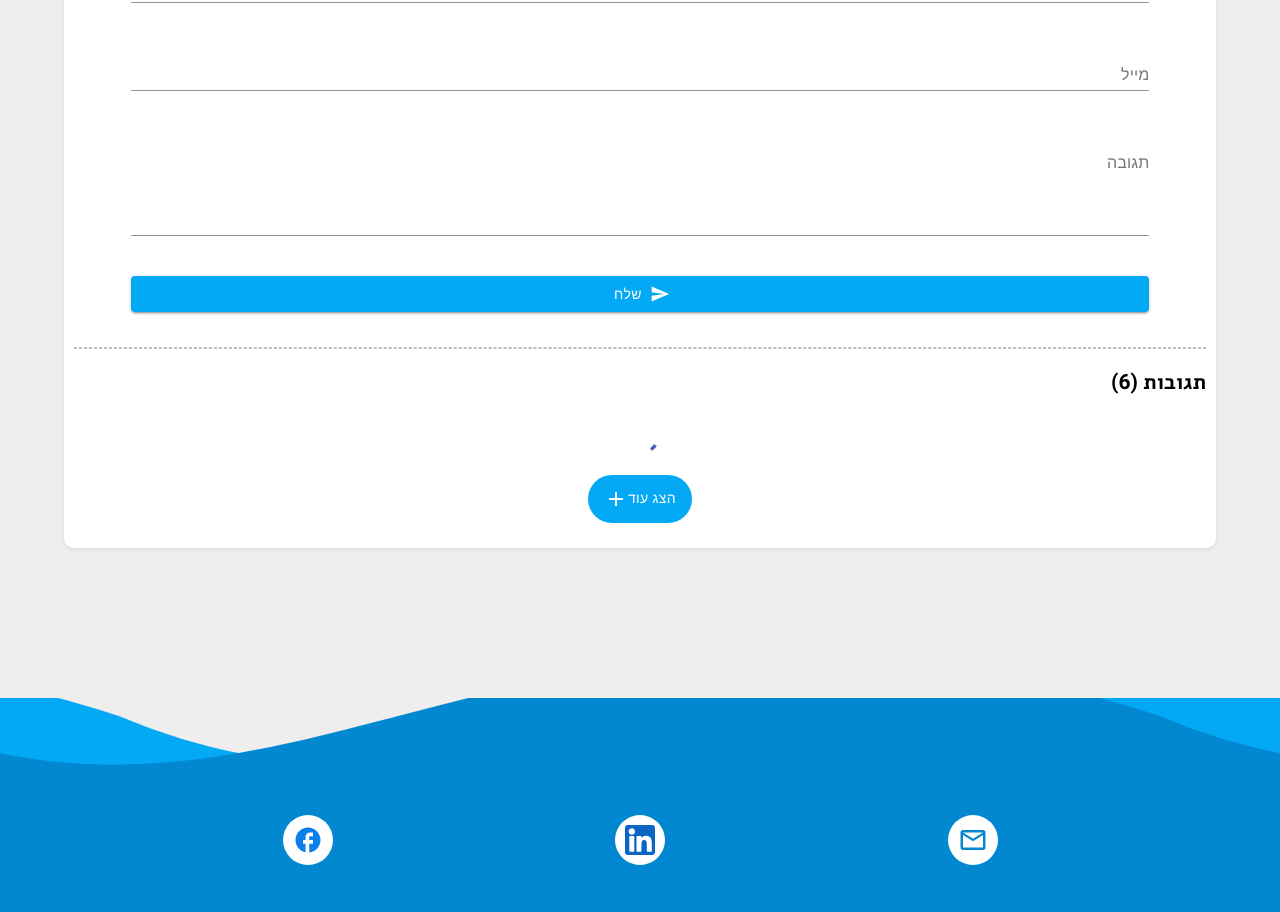
Repository: Ylan-sayada/blog-web-junior
Page: /article/1
The author's editor kept a copy of each file at every save. The page is drawn from the files as they stood at one save, then again after the next save.
The browser window is 1280 px wide. The pictures show the part of the page from y = 728 to 1680 px (the page is 1640 px tall before and 1680 px after).
The project was rebuilt for these pictures with package versions that can differ from the ones it lists, and the page was loaded fresh each time. Also part of the build but not shown: src/common/mainComponents/Header.tsx, src/utils/isEmail.ts, src/common/vendorComponents/materialUi/input/NewsletterInput.tsx, src/utils/getRect.ts, src/common/mainComponents/Newsletter.tsx, src/common/components/ect/Img.tsx, src/common/components/ect/PreviewArticle.tsx, src/common/mainComponents/ArticleWidgetGenerator.tsx and 5 more.

Above is the page before, as saved 2021-06-04 12:14:50.

### src/common/mainComponents/Main.tsx
import React from 'react';
import Home from './Home';
import { Switch, Route } from "react-router-dom";
import Blog from './Blog';
import About from './About';
import Article from './Article';
export default function Main(): JSX.Element {

    return (
        <React.Fragment>
            <Switch>
                <Route exact path="/">
                    <Home />
                </Route>

                <Route path="/about">
                    <About />
                </Route>

                <Route path="/blog">
                    <Blog />
                </Route>
                <Route path="/article/:id" >
                    <Article />
                </Route>
            </Switch>
        </React.Fragment>
    )
}

### src/common/components/ect/CounterDay.tsx
import React from 'react'
import countDay from '../../../utils/countDay';

export default function CounterDay(props: { dateStart: Date, foundWork: boolean }) {
    let dayElapsed = countDay(props.dateStart);
    let classState = props.foundWork ? "green" : "yellow";
    //also if the mission is accomplished the counter will continue to count day.
    //to resolve this we should to stock the day that the mission is accomplished
    return (
        <div className={`counter-day ${classState}`}>
            <div>
                <p>{dayElapsed} <br /> <strong>{dayElapsed > 1 ? "ימים" : "יום"}</strong></p>
            </div>

            <div>
                <p dir="rtl">מצב המשימה העיקרית </p>
                <p className="bold">{props.foundWork ? "משימה הושלמה!" : "ממשיכים בהרפתקאות"} </p>
            </div>
        </div>
    )
}

### src/utils/LangContext.ts
import React from 'react'
const LangContext = React.createContext({});
export const langData = {
    "heb":{
        "Home":{
            "ArticleWidgetGenerator" :{
                    "latest":"פוסטים אחרונים",
                    "oldest" : "פוסטים ישנים",
                    "hotest" : "להיטים"
                }
        }
    },
    "eng":{
        "Home":{
            "ArticleWidgetGenerator" :{
                "latest":"פוסטים אחרונים",
                "oldest" : "פוסטים ישנים",
                "hotest" : "להיטים"
                }
        }
    }

};
export const LangProvider = LangContext.Provider;
export const LangConsumer = LangContext.Consumer;
export default LangContext;

### src/ressources/scss/index.scss
@import './helpers/variable.scss';
@import './base/reset.scss';
@import './helpers/fonctions';
@import './helpers/animations.scss';
@import './layout/header.scss';
@import './layout/nav.scss';
@import './layout/footer.scss';
@import './components/CounterDay.scss';
@import './components/RoundedIcone.scss';
@import './components/PreviewArticle.scss';
@import './components/socialIcones.scss';
@import './components/Newsletter.scss';
@import './components/TitleLine.scss';
@import './components/Img.scss';
@import './components/MiniPresentation.scss';
@import './components/Drawer.scss';
@import './components//Article.scss';
@import './base/generalConfig.scss';
@import './components/fineSep.scss';

### src/common/components/ect/ScrollTop.tsx
import { useEffect } from "react";
import { useLocation } from "react-router-dom";

export default function ScrollTop() {
    const { pathname } = useLocation();

    useEffect(() => {
        window.scrollTo(0, 0);
    }, [pathname]);

    return null;
}

### src/common/components/stylised title/TitleLine.tsx
import React from 'react'
import isHebrew from '../../../utils/isHebrew';
import GetTitle from '../ect/GetTitle';
interface ContainChildren<Type>{
    children:Type;
    size:SizeMode
}
type SizeMode = 'very small'| 'small' | 'medium' | 'large' | 'extra large';
export default function TitleLine(props:ContainChildren<string>){
    let initClass = isHebrew(props.children) ? "title-line heb" : "title-line eng";
    let initContent = isHebrew(props.children)?
     <React.Fragment><span className="line"/><span className="content">{props.children}</span></React.Fragment>
     :
     <React.Fragment><span className="content">{props.children}</span><span className="line"/></React.Fragment>

    return (
        <React.Fragment>
            <GetTitle size={props.size} className={initClass}>{initContent}</GetTitle>
        </React.Fragment>
    );
}

### src/common/components/hoc/WithLink.tsx
import React from 'react';
import { Link } from 'react-router-dom';
import isExternal from '../../../utils/isExternal';
declare namespace JSX {

    class ObjectContainsProps<ContainSomething>{
        props:ContainSomething;
    }
}
interface ContainUrl{
    link : string;
}
/**
 * @param El React element we want to add url
 * @param url Url added to the El
 * @returns
 */
function WithLink(El:React.ReactElement,url?:string):React.ReactElement;
/**
 * @param El React element we want to add url should contain link props
 * @returns
 */
function WithLink (El:JSX.ObjectContainsProps<ContainUrl>,url:string=""):React.ReactElement{
    let link = url === "" ? El.props.link : url ;
    let Parent = isExternal(link) ?
    <a href={link} target="_blank" rel="noreferrer">{El}</a>   :   <Link to={link}>{El}</Link>
    return (
        <React.Fragment>
        {Parent}
        </React.Fragment>
    )
}
export default WithLink

### src/common/components/sep/FineSep.tsx
import React from 'react'

export default function FineSep(props: { dashed?: boolean }) {
    return (
        <div className={`fine-sep ${props.dashed ? 'dashed' : ''}`} ></div>
    )
}

### src/common/components/ect/MiniPresentation.tsx
import React from 'react'
import RoundedIcone from './RoundedIcone'

export default function MiniPresentation(props: any) {
    return (
        <div className="mini-presentation">
            <h3 style={{ color: "black" }}>{props.name}</h3>
            <span className="sub-desc">{props.titleDesc}</span>
            <RoundedIcone width="80px" image={props.image} />
            <p>{props.desc}</p>
        </div>
    )
}

### src/utils/countDay.ts
export default function countDay(dateStart:Date,dateEnd?:Date){
    let res = typeof(dateEnd) != 'undefined' ?dateEnd.getTime() - dateStart.getTime() : Date.now() - dateStart.getTime();
    res = (res / (1000*60*60*24));
    return Math.floor(res);
}

### src/ressources/scss/helpers/variable.scss
$base-color:#03A9F4;
$secondary-color:#0288D1;
$text-light-color:#FFFFFF;
$text-dark-color:#212121;
$text-dark-secondary-color:#757575;
$divider-color:#BDBDBD;
$big:1.4rem;
$small:0.8rem;
$nav-height:56px;
$facebook: #097feb;
$twitter:#1c9cea;
$linkedin:#0a66c2;

### src/ressources/scss/helpers/fonctions/index.scss
@import './imgBackground.scss';

### src/ressources/scss/helpers/fonctions/imgBackground.scss
@mixin imgBackground($img){
    background-image: url($img);
    background-repeat: no-repeat;
    background-size: cover;
}

### src/ressources/scss/helpers/animations.scss
@keyframes addedContent{
    0%{
        position: relative;
        top: 0px;
        transform: rotate(0);
    }
    25%{
        top: -15px;
        transform: rotate(10deg);
    }
    50%{
        top: 0px;
        transform: rotate(0);
    }
    75%{
        top: 15px;
        transform: rotate(-10deg);
    }
    100%{
        top: 1px;
        transform: rotate(0);
    }
}
@keyframes opacityTransition {
    from{
        opacity: 0;
    }
    to{
        opacity: 1;
    }
}

### src/ressources/scss/layout/header.scss
.header {
    @include imgBackground('/ressources/img/code.jpg');
    height: calc(100vh - #{$nav-height});
    display: flex;
    justify-content: center;
    width: 100vw;

    .content-header {
        display: flex;
        flex-direction: column;
        justify-content: space-evenly;
        padding: 20px;
        background-color: rgba(255, 255, 255, 0.9);
        align-self: center;
        width: 80%;
        height: 80%;
        h1{
            color: $base-color;
            font-weight: bold;
            font-size: 1.5em;
            text-align: center;
        }
        p{
            text-align: right;
            font-size: 0.9em;
            line-height: 1.2em;
        }
        .header-button{
            width:100%;
            color: $text-light-color;
            background-color: $text-dark-color;
        }

    }
}

### src/ressources/scss/layout/nav.scss
@import '../helpers/variable' ;
.navBar{
    background-color: $base-color;
    color: $text-light-color;
    justify-content: space-between;

    .right-side{
        display: flex;
        align-items:center;
    }
}

### src/ressources/scss/layout/footer.scss
.footer-content {

    .socialIcones {
        align-items: center;
        height: 20vh;
        background-color: $secondary-color;

        a {
            display: flex;
            background-color: white;
            padding: 10px;
            border-radius: 100%;

            &.facebook-icone {
                color: $facebook;
            }

            &.linkedin-icone {
                color: $linkedin;
            }

            &.mail-icone {
                color: $secondary-color;
            }
        }
    }


}

### src/ressources/scss/components/CounterDay.scss
.counter-day{
    display: flex;
    justify-content: space-evenly;
    padding: 5px;

    font-size: $small;
    >div{
        align-self: center;
        text-align: center;
    }
    &.green{
        background-color: green;
        color:$text-light-color;
    }
    &.yellow{
        background-color: yellow;
        color:$text-dark-color;
    }
}

### src/ressources/scss/components/RoundedIcone.scss
.roundedIcone{
    border-radius: 80%;
    background-repeat: no-repeat;
    background-size:contain;
    background-position: center;
}

### src/ressources/scss/components/subDesc.scss
.sub-desc{
    color:$text-dark-secondary-color;
    font-size: $small;
}

### src/ressources/scss/components/socialIcones.scss
@import '../helpers/flexPlacement';
.socialIcones{
    @extend .inlineFlex;
    @extend .equalSpace;
    width:100%;
     & svg{
         width: 30px;
         height:30px;

     }
}

### src/ressources/scss/helpers/flexPlacement.scss
.inlineFlex{
    display: flex;
}
.equalSpace{
    justify-content: space-evenly;
}

### src/ressources/scss/components/Newsletter.scss
.newsletter {
    display: flex;
    flex-direction: column;
    text-align: center;
    padding: 20px 0;
    line-height: 1.5rem;
    >svg {
        background-color: $base-color;
        border-radius: 100%;
        padding: 5px;
        align-self: center;
        fill: $text-light-color;
        font-size: 2.5rem;
        margin: 20px;
    }

    p {
        display: flex;
        align-items: center;
        justify-content: center;



    }

    .newsletter.send {
        justify-content: center;

        .opacityTransition {
            font-weight: bold;
            white-space: nowrap;
            animation: opacityTransition 1s linear;
        }

        .sendSvg {
            margin-right: 30px;
            color: green;
            animation: addedContent 3s linear alternate;
        }
    }

    @import './NewsletterInput.scss';
}

### src/ressources/scss/components/NewsletterInput.scss
@use '../vendors/material-ui/resetInput';

.newsletter-input {
  display: flex;
  justify-content: space-evenly;
  flex-direction: column;

  >* {
    margin: 10px 0;
  }

  label {
    right: 0;
    left: auto;
  }

  @include resetInput.resetInput;
}

### src/ressources/scss/vendors/material-ui/resetInput.scss
@use '../../helpers/variable.scss'as variable;

@mixin resetInput {

    .MuiFormLabel-root.Mui-focused {
        color: variable.$base-color !important;
    }


    .MuiInput-underline::after {
        border-bottom: 2px solid variable.$base-color !important;
    }


    button {
        background-color: variable.$base-color !important;
        color: variable.$text-light-color !important;
    }

}

### src/ressources/scss/components/TitleLine.scss
.title-line {
    display: flex;
    margin: 10px 0;
    .content {
        font-size: 1.2em;
        font-weight: bold;
        flex-grow: 1;
        text-align: center;
    }

    .line {
        flex-grow: 10;
        display: flex;
        align-self: center;
        justify-content: space-around;
    }

    .line::after,
    .line::before {
        content: "";
        display: flex;
        height: 1px;
        width: 50%;
        align-self: baseline;
    }

    &.eng {
        .line::after {
            background-color: #e2e2e2;
        }

        .line::before {
            background: linear-gradient(to right, #bfa279, #e2e2e2);
        }
    }

    &.heb {
        .line::after {
            background: linear-gradient(to left, #bfa279, #e2e2e2);
        }

        .line::before {
            background-color: #e2e2e2;
        }
    }
}

### src/ressources/scss/components/Img.scss
.img-div {
    width: 100vw;
    min-height: 180px;
    height: auto;
    background-size: cover;
}

### src/ressources/scss/components/MiniPresentation.scss
@import './subDesc.scss';
.mini-presentation{
    text-align: center;
    & h1{
        font-weight: bold;
    }
    & .roundedIcone{
        margin: 20px auto;
    }
    & p{
        line-height: 1.4em;
    }
}

### src/ressources/scss/components/Drawer.scss
@import './socialIcones.scss';
.content-drawer{
    overflow-y:scroll;
    padding: 0 5%;
    & >*{
        margin: 0 0 40px 0;
    }
}

### src/ressources/scss/components/MessageInterface.scss
@use './MessageForm.scss'as form;

@mixin messageInterface {
    .message-interface {
        .message {
            margin: 10px 0;
        }
    }

    @include form.messageForm;
}

### src/ressources/scss/components/MessageForm.scss
@use '../vendors/material-ui/resetInput';

@mixin messageForm {
    .add-message-form {
        display: flex;
        flex-direction: column;
        align-items: center;

        >* {
            width: 90%;
            margin: 20px 0;
        }

        label {
            right: 0;
            left: auto;
        }

        @include resetInput.resetInput;
    }
}

### src/ressources/scss/base/generalConfig.scss
@import './typography.scss';

body {
    font-size: 18px;
    overflow-x: hidden;
    min-height: 100vh;
    position: relative;
    font-family: Roboto, Alef;

}

html {
    scroll-behavior: smooth;
}

.bold {
    font-weight: bold;
}

.italic {
    font-style: italic;
}

.only-desktop {
    display: none !important;
}

h1,
h2,
h3,
h4,
h5 {
    &.blue {
        color: $base-color;
    }
}

.header~div:not(.footer) {
    width: 90%;
    margin: 0 auto;
}

.no-scroll {
    height: 100%;
    overflow: hidden;
}

@media only screen and (min-width:1000px) {
    .only-desktop {
        display: initial !important;
    }
}

### src/ressources/scss/base/typography.scss
@font-face {
    font-family: Roboto;
    src: url('../../fonts/Roboto/Roboto-Light.ttf');
}
  @font-face {
    font-family: Roboto;
    src: url('../../fonts/Roboto/Roboto-Bold.ttf');
    font-weight: bold;
  }
  @font-face {
    font-family: Roboto;
    src: url('../../fonts/Roboto/Roboto-Italic.ttf');
    font-style: italic;
}
@font-face {
  font-family: Alef;
  src: url('../../fonts/Alef/Alef-Regular.ttf');
}
@font-face {
  font-family: Alef;
  src: url('../../fonts/Alef/Alef-Bold.ttf');
  font-weight: bold;
}

### src/ressources/scss/components/fineSep.scss
@use '../helpers/variable.scss'as variable;

.fine-sep:not(.dashed) {
    height: 1px;
    width: 100%;
    background-color: variable.$divider-color;
    margin: 20px 0;
}

.fine-sep.dashed {
    border: 1px dashed variable.$divider-color;
}

### src/common/components/ect/RoundedIcone.tsx
import React from 'react';
import WithLink from '../hoc/WithLink'
import isUndefined from '../../../utils/isUndefined';

interface propsIcone {
  customstyle?: React.CSSProperties,
  link?: string,
  width?: number | string,
  image: String | HTMLImageElement,
}

export default function RoundedIcone(props: propsIcone): any {
  let { width, link, image, customstyle } = props;
  let height;
  width = height = isUndefined(width) ? 40 + "px" : width;

  let initialBaseComponent = <div className="roundedIcone" {...props} style={{ ...customstyle, width: width, height: height, backgroundImage: `url(${image})` }}></div>;
  let FinalRes = isUndefined(link) ? initialBaseComponent : WithLink(initialBaseComponent);
  return (
    <React.Fragment>
      {FinalRes}
    </React.Fragment>
  );
}

### src/common/components/ect/MessageInterface.tsx
import React, { useEffect, useState } from 'react'
import MessageForm from '../../vendorComponents/materialUi/input/MessageForm'
import FineSep from '../sep/FineSep';
import AddIcon from '@material-ui/icons/Add';
import ExtendedBtn from '../buttons/ExtendedBtn';
import { CircularProgress } from '@material-ui/core';
import Comments from './Comments';
let msg = { author: "John doe", date: new Date().toLocaleDateString(), msg: " לורם איפסום דולור סיט אמט, קונסקטורר אדיפיסינג אלית לפרומי בלוף קינץ תתיח לרעח. לת צשחמי צש בליא, מנסוטו צמלח לביקו ננבי, צמוקו בלוקריה שיצמה ברורק. קוואזי במר מודוף. אודיפו בלאסטיק מונופץ קליר, בנפת נפקט למסון בלרק - וענוף לפרומי בלוף" }
let msgList = [msg, msg, msg, msg, msg, msg];
let getMsg = async (id?: string) => {
    let result = new Promise((resolve, reject) => {
        setTimeout(() => {
            resolve(msgList);
        }, 60000);
    });
    return await result;
}


export default function MessageInterface() {
    let [comments, setComments] = useState([]);
    useEffect(() => {
        getMsg()
            .then((result: any) => setComments(result));

    }, [])
    console.log(comments);

    return (
        <div className="message-interface">
            <h3>הוסף תגובה</h3>
            <MessageForm action="/api/sendMessage" />
            <FineSep dashed />
            <h3>תגובות (6)  </h3>

            {comments.length === 0 ? <div style={{ display: "flex", justifyContent: "center", padding: "0 20px" }}><CircularProgress /></div> : comments.filter((comment, index) => index < 3).map((comment, index) => {
                return <Comments comments={comment} key={index} />
            })}
            <div style={{
                display: 'flex', justifyContent: 'center'
            }}>
                < ExtendedBtn customStyle={{ backgroundColor: '#03a9f4', color: '#fff', margin: "20px 0" }}>
                    <span>הצג עוד</span>
                    <AddIcon />
                </ExtendedBtn>
            </div >
        </div >
    )
}

### src/utils/isHebrew.ts
export default function containsHeb(str:string) {
    return (/[\u0590-\u05FF]/).test(str);
}

### src/common/components/ect/GetTitle.tsx
import React from 'react';
type SizeMode = 'very small' | 'small' | 'medium' | 'large' | 'extra large';
export default function GetTitle(props: { size: SizeMode, className: string, children: any }) {
    let { size, className, children } = props;
    let listOfTitle = {
        'very small': <h5 className={className}>{children}</h5>,
        'small': <h4 className={className}>{children}</h4>,
        'medium': <h3 className={className}>{children}</h3>,
        'large': <h2 className={className}>{children}</h2>,
        'extra large': <h1 className={className}>{children}</h1>
    }
    return (
        <React.Fragment>
            {listOfTitle[size]}
        </React.Fragment>
    )
}

### src/utils/isExternal.ts
export default function isExternal(link:string) {
    return (link.split('/')[0] === "https:"? true : false);
}

### src/ressources/scss/components/Wave.scss
.waves {
    position: relative;

    width: 100%;
    max-height: 500px;
    height: auto;
    min-height: 70px;
    overflow: hidden;
    transition: .4s transform ease;
    transform-origin: bottom center;

}

.wave {
    position: absolute;
    bottom: -1px;
    left: 0;
    width: 100%;
    height: 30%;
    animation: wave 3.0s linear infinite;
}

.wave-light {
    z-index: 2;
    color: #0288D1;
}

.wave-dark {
    z-index: 1;
    color: #03A9F4;

    animation-direction: reverse;
}

.water {
    position: absolute;
    bottom: 0;
    left: 0;
    width: 100%;
}

.water svg {
    position: absolute;
    width: 100%;
    left: 0;
    right: 0;
    bottom: 99.9%;
}

.water:first-of-type {
    transform: translate(-100%, 0);
}

svg {
    fill: currentColor;
}

@keyframes wave {
    0% {
        transform: translate3d(0, 1px, 0);
    }


    100% {
        transform: translate3d(100%, 1px, 0);
    }
}

### src/utils/isUndefined.ts
export default function isUndefined(element:any):boolean{
    return typeof element === 'undefined';
}

### src/common/vendorComponents/materialUi/input/MessageForm.tsx
import React from 'react'
import { Button, TextField } from '@material-ui/core';
import SendIcon from '@material-ui/icons/Send';
export default function MessageForm(props: { action: string }) {
    return (
        <form action={props.action} className="add-message-form" >
            <TextField label="שם מלא" />
            <TextField dir="ltr" label="מייל" />
            <TextField
                id="standard-textarea"
                label="תגובה"
                rows="4"
                multiline
            />
            <Button
                dir="ltr"
                type="submit"
                variant="contained"
                endIcon={<SendIcon />}
            >
                שלח
            </Button>
        </form>
    )
}

### src/common/components/buttons/ExtendedBtn.tsx
import React from 'react';
import { Fab } from '@material-ui/core';
import { CSSProperties } from '@material-ui/styles';
export default function ExtendedBtn(props: { customStyle?: CSSProperties, children: any }) {
    return (
        <Fab style={{ ...props.customStyle, boxShadow: 'none' }} variant="extended" aria-label="add">
            {props.children}
        </Fab>
    )
}

Loaded but not shown: public/index.html (common file); src/index.tsx (common file); src/common/mainComponents/Nav.tsx (99 lines, source omitted); src/common/mainComponents/Article.tsx (68 lines, source omitted); src/common/vendorComponents/PersistentDrawer.tsx (86 lines, source omitted); src/common/mainComponents/SocialPanel.tsx (50 lines, source omitted); src/common/vendorComponents/materialUi/input/SearchInput.tsx (61 lines, source omitted); src/ressources/scss/components/Article.scss (74 lines, source omitted); src/common/mainComponents/Wave.tsx (28 lines, source omitted); src/common/mainComponents/Footer.tsx (28 lines, source omitted); src/ressources/scss/components/SocialPanel.scss (61 lines, source omitted); src/ressources/scss/base/reset.scss (55 lines, source omitted); src/ressources/scss/components/PreviewArticle.scss (66 lines, source omitted); src/App.tsx (32 lines, source omitted)

After the next save:
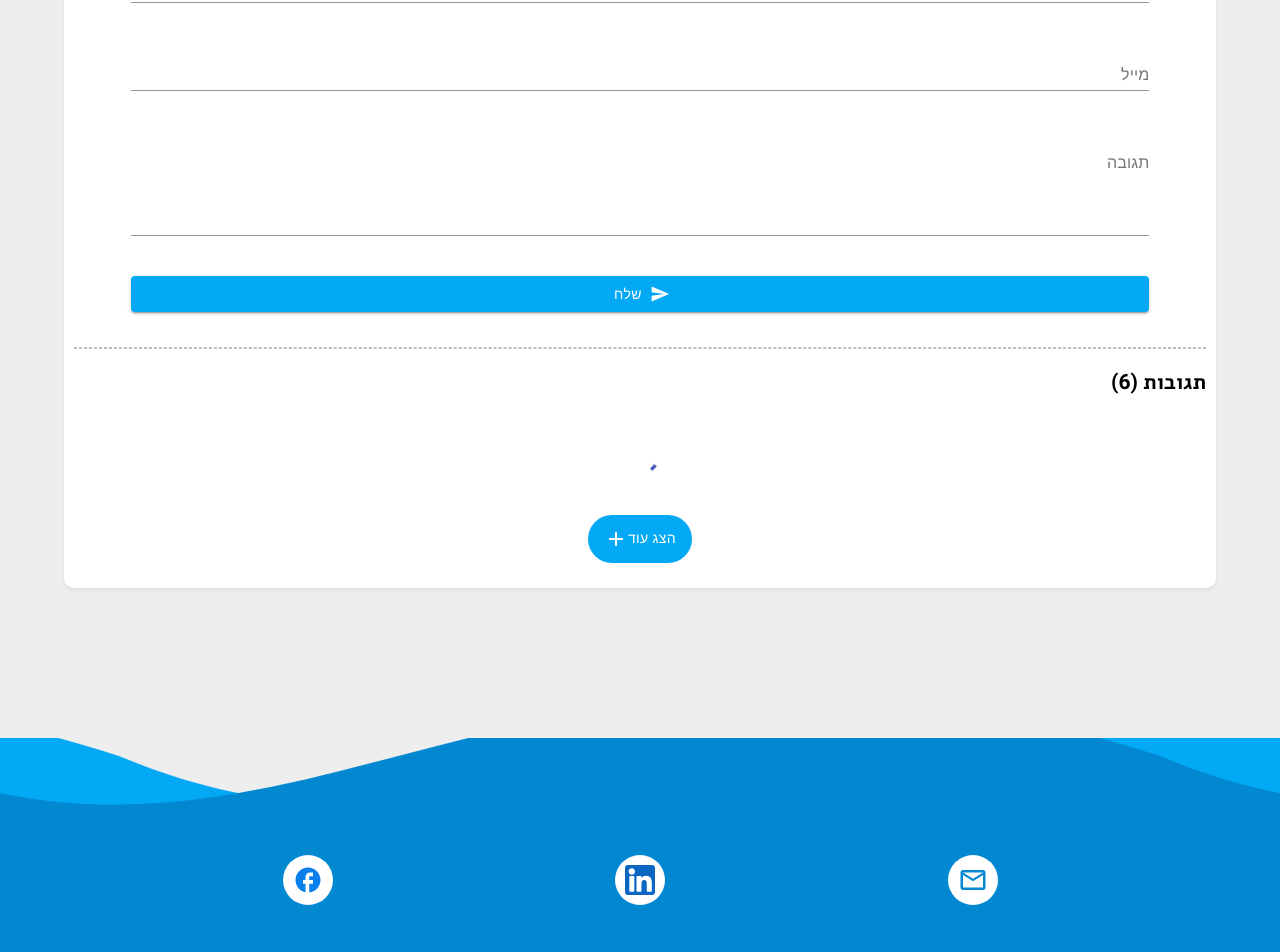
Saved 10 s later.
--- a/src/common/components/ect/MessageInterface.tsx
+++ b/src/common/components/ect/MessageInterface.tsx
@@ -33,7 +33,7 @@ export default function MessageInterface() {
             <FineSep dashed />
             <h3>תגובות (6)  </h3>
 
-            {comments.length === 0 ? <div style={{ display: "flex", justifyContent: "center", padding: "0 20px" }}><CircularProgress /></div> : comments.filter((comment, index) => index < 3).map((comment, index) => {
+            {comments.length === 0 ? <div style={{ display: "flex", justifyContent: "center", padding: "20px 0" }}><CircularProgress /></div> : comments.filter((comment, index) => index < 3).map((comment, index) => {
                 return <Comments comments={comment} key={index} />
             })}
             <div style={{
